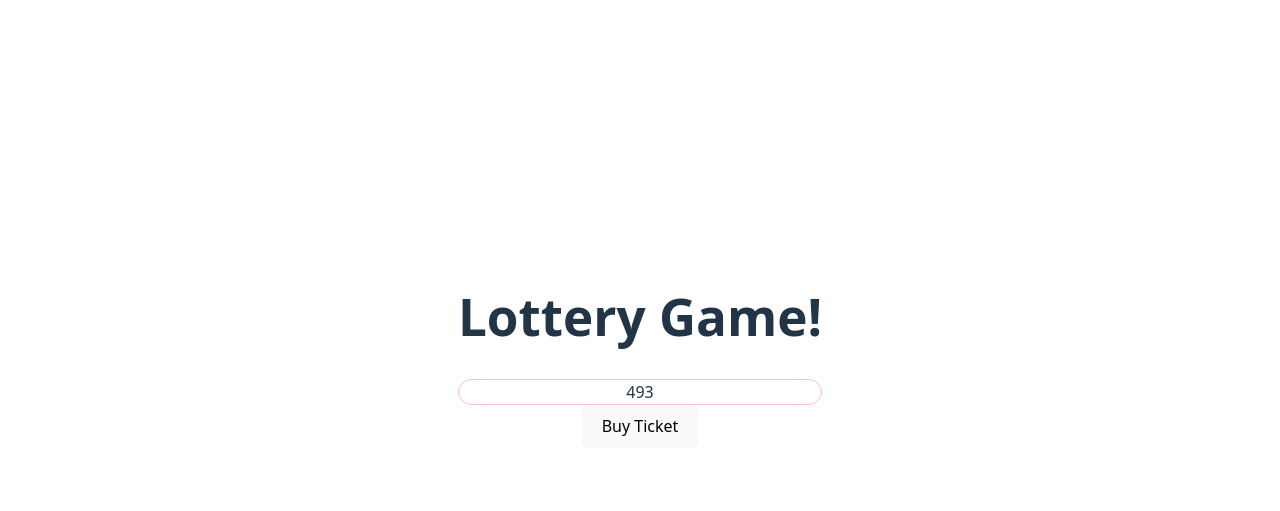
Repository: Ravikumar7210/Web_workspace
Page: / (app in React_Projects/Lottery/)
The author's editor kept a copy of each file at every save. The page is drawn from the files as they stood at one save, then again after the next save.
The browser window is 1280 px wide. The pictures show the whole page.
The project was rebuilt for these pictures with package versions that can differ from the ones it lists, and the page was loaded fresh each time. Also part of the build but not shown: React_Projects/Lottery/vite.config.js.

Above is the page before, as saved 2025-04-07 15:59:44.

### React_Projects/Lottery/src/App.jsx

import Lottery from './Lottery'
import './App.css';

function App() {

  return (
    <>
    <Lottery/>
    </>

  );

}

export default App

### React_Projects/Lottery/src/Lottery.jsx
import {useState} from 'react';
import { genTicket, sum } from './helper';
import './Lottery.css';
export default  function Lottery() {

let [ticket, setTicket] = useState(genTicket(3));
let isWinning = sum(ticket) === 15;

let buyTicket = () => {
    setTicket(genTicket(3));
} ;

return (
<div>
 <h1>Lottery Game!</h1>
  <div className='ticket'>
   <span >{ticket[0]}</span>
   <span>{ticket[1]}</span>
   <span>{ticket[2]}</span>
  </div>
  <button onClick={buyTicket}>Buy Ticket </button>
  <h3> {isWinning && "Congratulations, You won!"}</h3>
</div>
);

}

### React_Projects/Lottery/src/helper.js
function genTicket(n){
    let arr = new Array(n);
    for (let i= 0; i<n; i++){
        arr[i]= Math.floor(Math.random() * 10);
       }
       return arr;
}

function sum(arr){
 return arr.reduce((sum, curr) => sum + curr , 0);
}

export {genTicket, sum};

### React_Projects/Lottery/src/Lottery.css
.ticket {
    border : 1px solid #ffc0cb;
    border-radius : 14px;

}

Loaded but not shown: React_Projects/Lottery/index.html (common file); React_Projects/Lottery/src/main.jsx (common file); React_Projects/Lottery/src/index.css (common file); React_Projects/Lottery/src/App.css (common file)

After the next save:
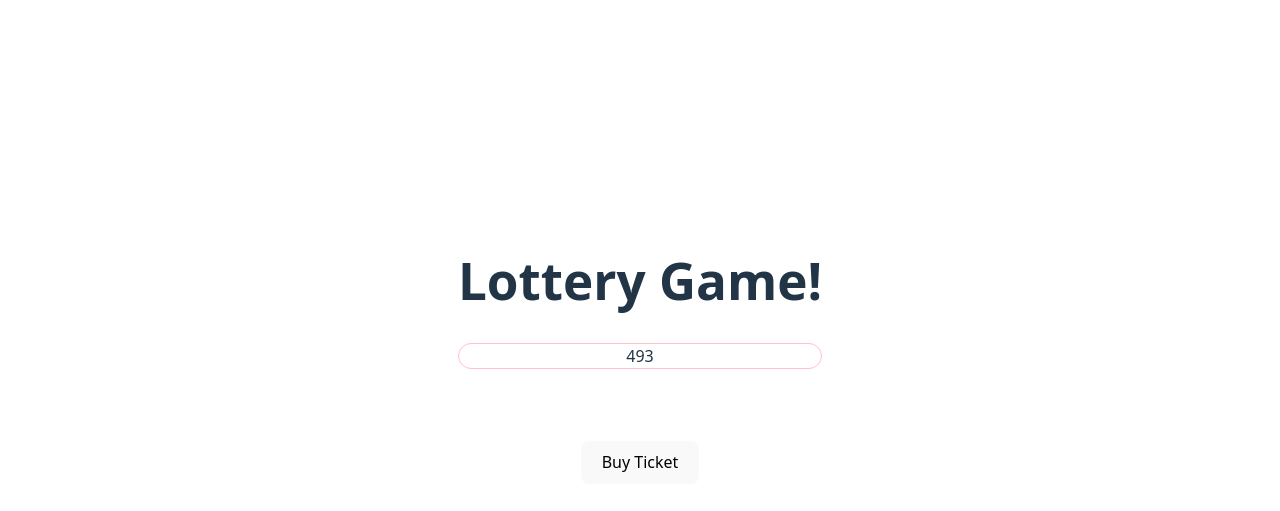
Saved 19 s later.
--- a/React_Projects/Lottery/src/Lottery.jsx
+++ b/React_Projects/Lottery/src/Lottery.jsx
@@ -18,6 +18,7 @@ return (
    <span>{ticket[1]}</span>
    <span>{ticket[2]}</span>
   </div>
+  <br></br> <br></br> <br></br>
   <button onClick={buyTicket}>Buy Ticket </button>
   <h3> {isWinning && "Congratulations, You won!"}</h3>
 </div>
